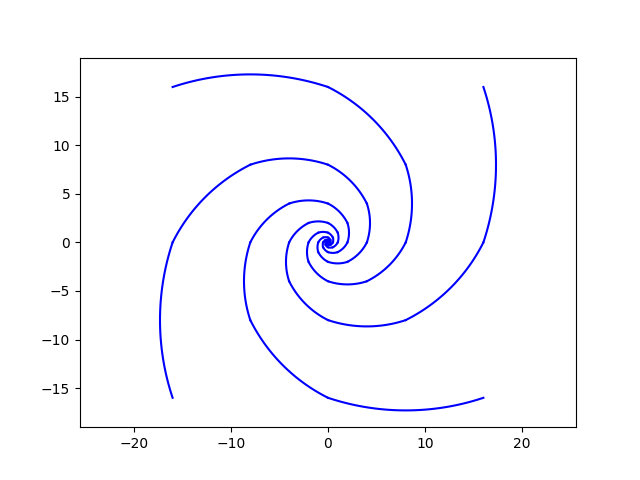
Repository: lbylzkx/Circle-Point-Manuscript
Script's output: python 卍spiral.py
The author's editor kept a copy of each file at every save. The script's output is drawn from the files as they stood at one save, then again after the next save.
Random numbers start from a fixed seed.

Above is the script's output before, as saved 2023-09-25 15:38:35.

After the next save:
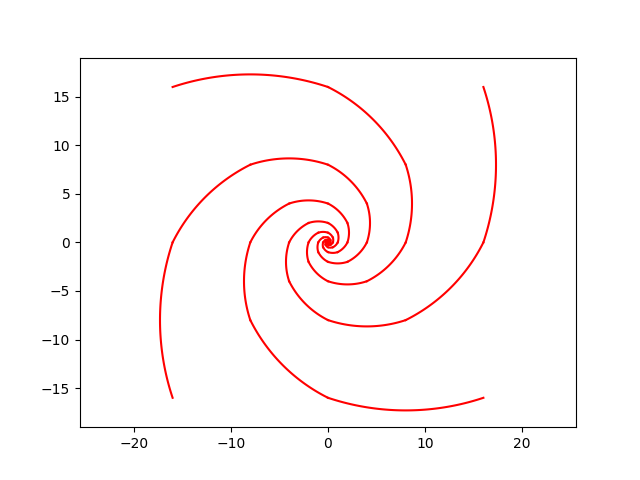
Saved 10 s later.
--- a/卍spiral.py
+++ b/卍spiral.py
@@ -36,7 +36,7 @@ def loutus_y_to(n, thelta=0):
 for alpha in range(0, 4):
     for n in range(-10, 9):
         arc((loutus_x_center(n, alpha*np.pi/2), loutus_y_center(n, alpha*np.pi/2)),
-            (x_position(n, alpha*np.pi/2), y_position(n, alpha*np.pi/2)), (loutus_x_to(n, alpha*np.pi/2), loutus_y_to(n, alpha*np.pi/2)))
+            (x_position(n, alpha*np.pi/2), y_position(n, alpha*np.pi/2)), (loutus_x_to(n, alpha*np.pi/2), loutus_y_to(n, alpha*np.pi/2)), 'r')
 
 plt.axis('equal')
 plt.show()
